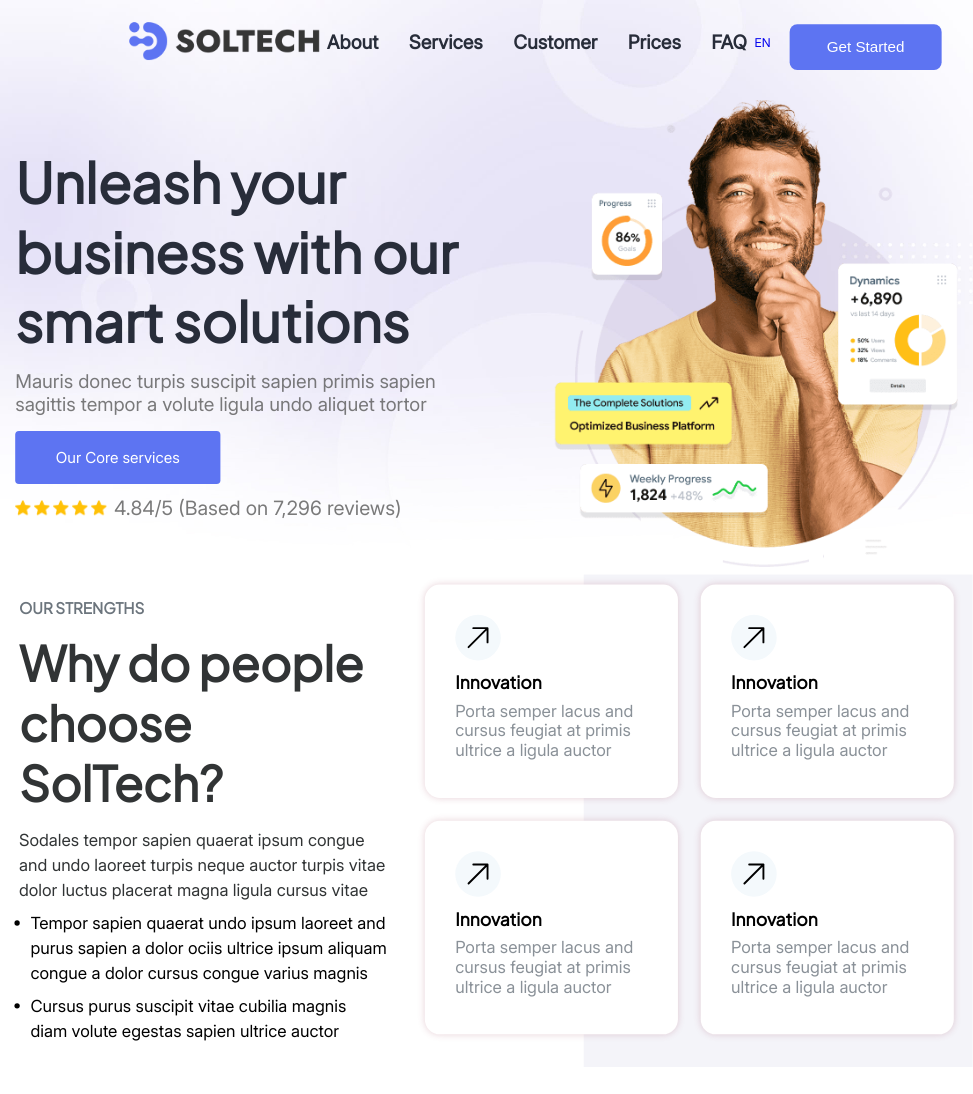
Repository: md-rabbi-hossain/Soltech-html
Page: index.html
An editor plug-in stored every save of this project. The page is shown before and after the next save, followed by the edit.
The browser window is 1280 px wide. The pictures show the whole page, at 76% of full size.

Above is the page before, as saved 2025-01-10 02:49:09.

After the next save:
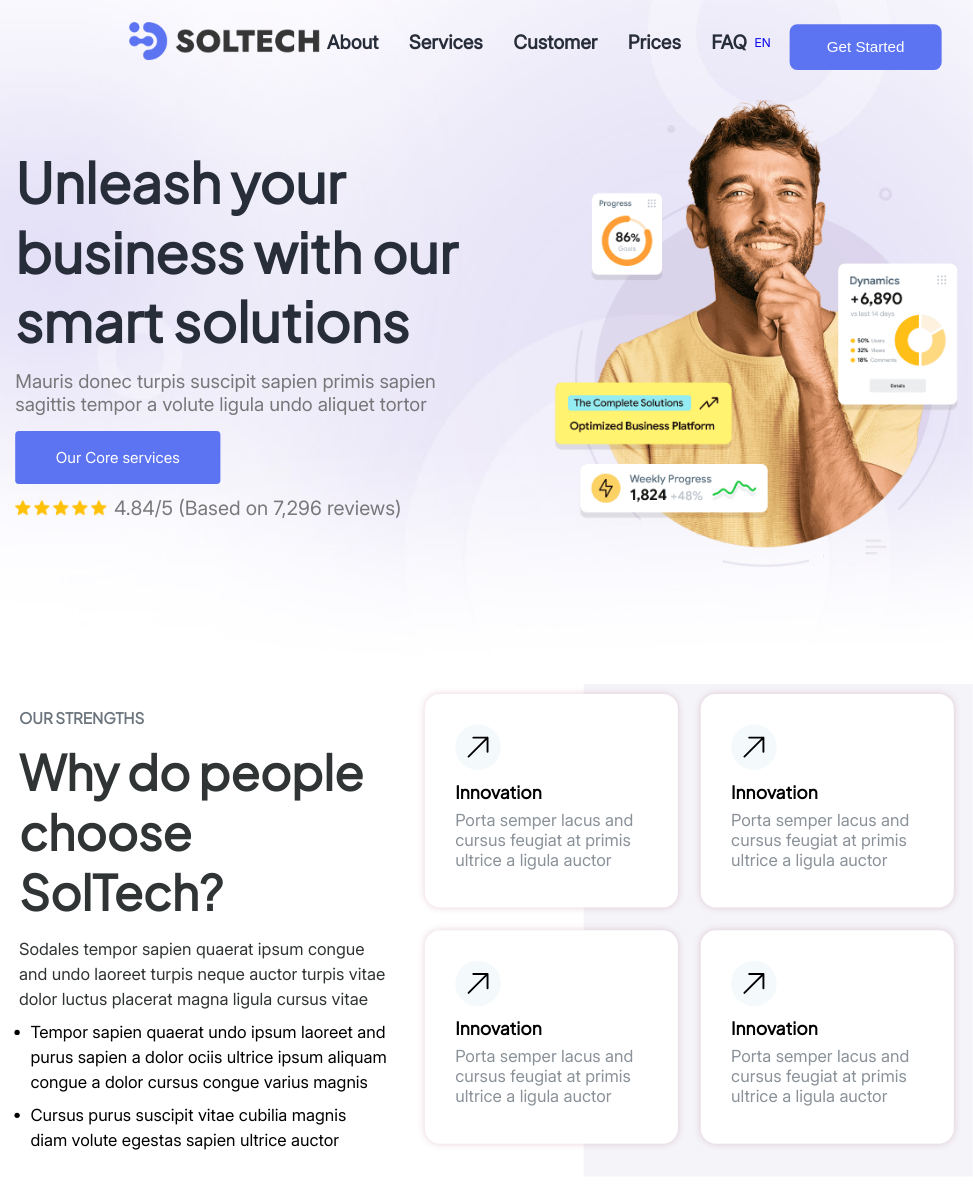
Saved 29 s later.
--- a/Css/style.css
+++ b/Css/style.css
@@ -135,7 +135,7 @@ nav.sticky {
 /*  Hero Section Styles Here */
 .Hero-parents-container {
   max-width: 100%;
-  height: 100vh;
+  height: 120vh;
   background-image: url("/image/hero-1.jpg");
   background-size: cover;
   background-repeat: no-repeat;
